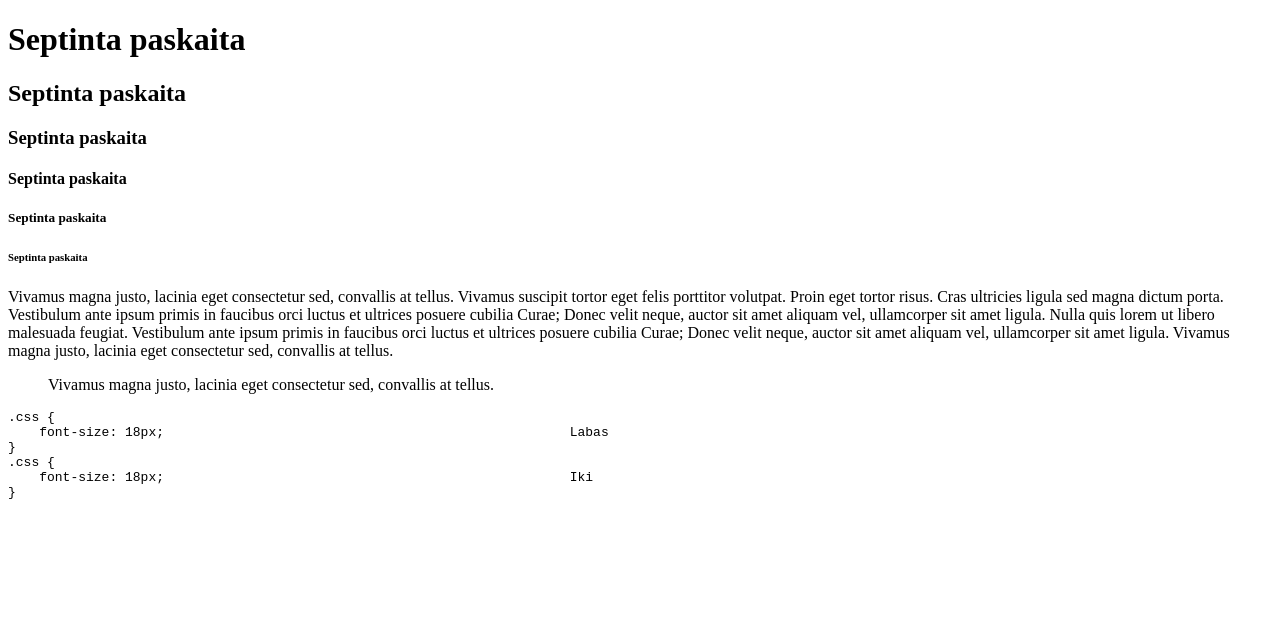
Repository: motiejus1/07-paskaita-05.31
Page: index.html
An editor plug-in stored every save of this project. The page is shown before and after the next save, followed by the edit.
The browser window is 1280 px wide. The pictures show the whole page.

Above is the page before, as saved 2021-06-10 18:39:00.

After the next save:
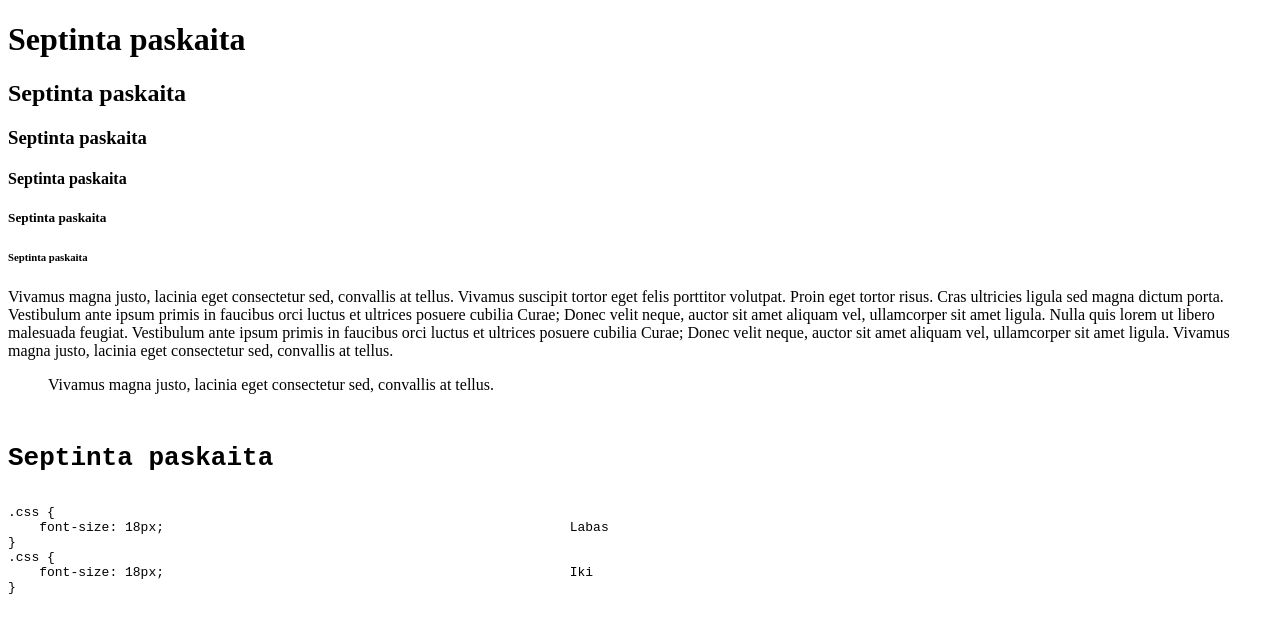
Saved 52 s later.
--- a/index.html
+++ b/index.html
@@ -20,6 +20,7 @@
 
 
     <pre>
+        <h1>Septinta paskaita</h1>
 .css {
     font-size: 18px;                                                    Labas
 }
